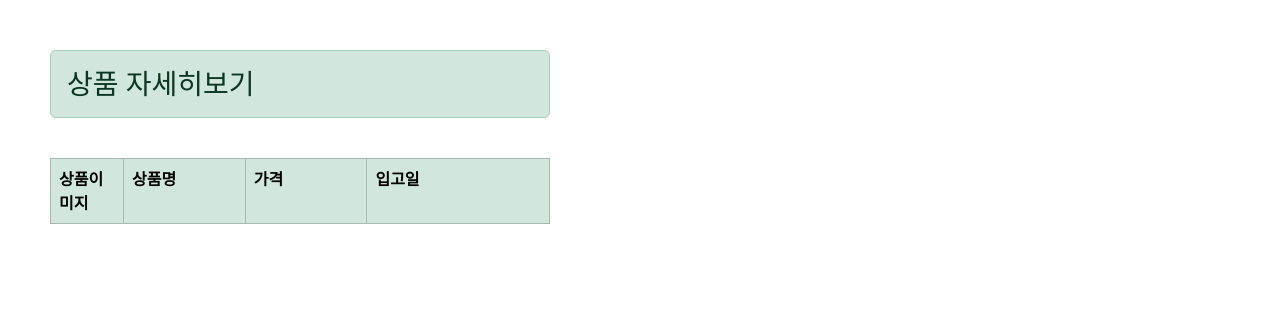
Repository: JunbroGit/SistProject
Page: http://localhost/jsaAjaxProject/quizshop/detailPage.jsp
An editor plug-in stored every save of this project. The page is shown before and after the next save, followed by the edit.
The browser window is 1280 px wide. The pictures show the whole page.
Some web fonts or font styles are not loaded; a fallback is used. The page is served by Tomcat 9. Queries for data that is not in the repository find no rows.

Above is the page before, as saved 2024-03-12 07:52:24.

After the next save:
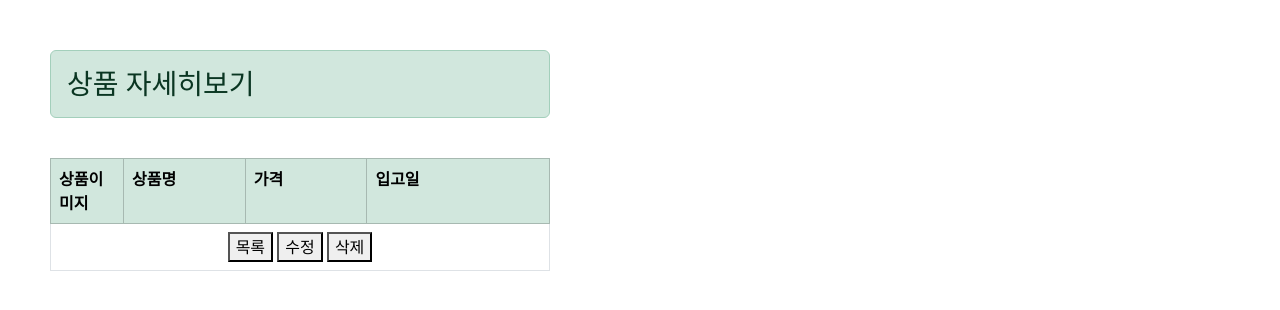
Saved 2 min 0 s later.
--- a/jspwork/jsaAjaxProject/src/main/webapp/quizshop/detailPage.jsp
+++ b/jspwork/jsaAjaxProject/src/main/webapp/quizshop/detailPage.jsp
@@ -21,6 +21,7 @@
 	     상품명   가격   입고일
 
 	     맨아래 목록,수정,삭제 버튼 3개 추가 -->
+
 <div style="margin: 50px 50px; width: 500px;">
 	<h3 class="alert alert-success">상품 자세히보기</h3>
 	<br>
@@ -46,6 +47,14 @@
 			<%}
 		%>
 
+		<tr>
+			<td colspan="4" align="center">
+				<button>목록</button>
+				<button>수정</button>
+				<button>삭제</button>
+			</td>
+		</tr>
+
 	</table>
 </div>
 </body>
